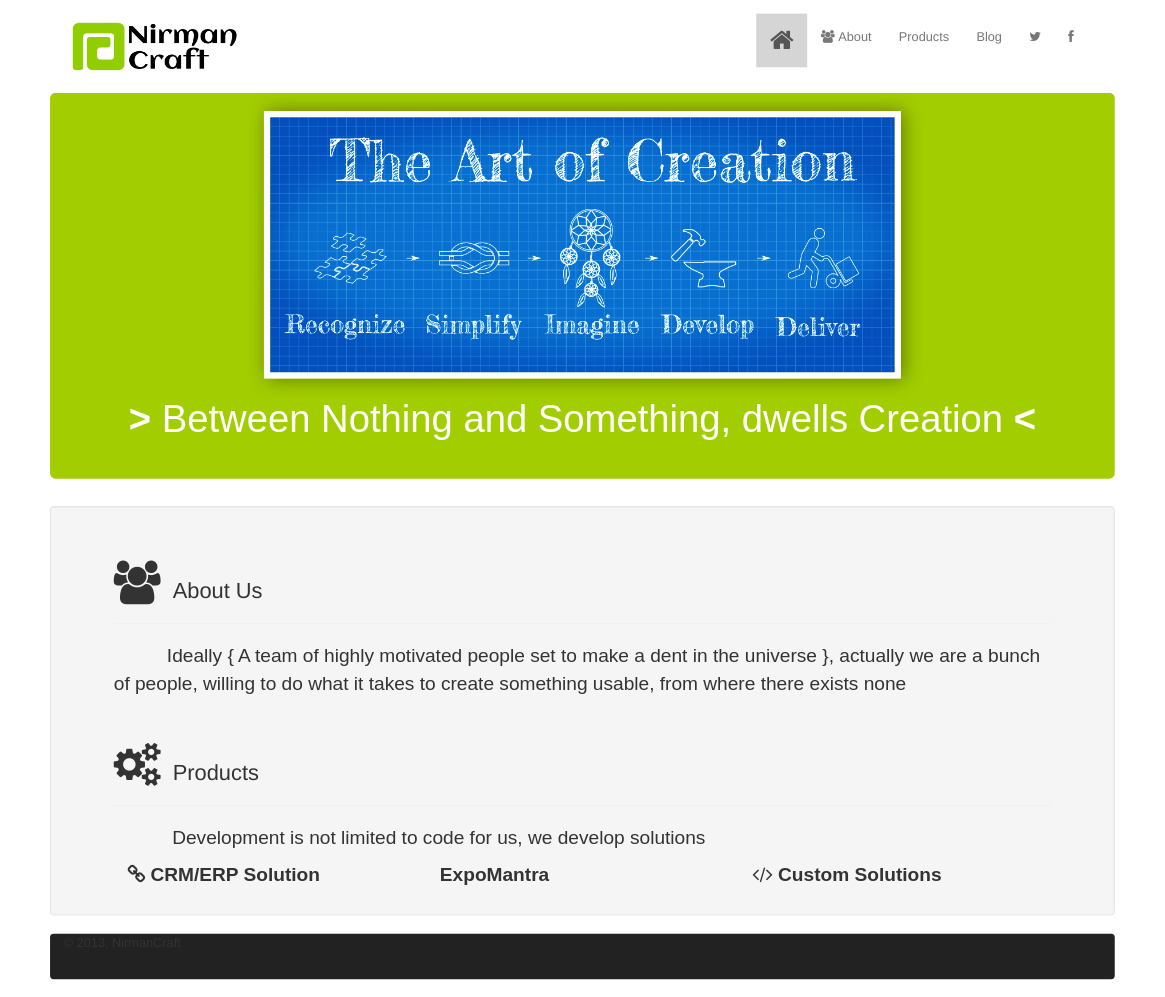
Repository: MeShreyas/NirmanCraftWebsite
Page: NirmanCraft/index.html
These files come from the project's save history. The page is drawn as it stood at one moment and after the next save; the edit follows.
The browser window is 1280 px wide. The pictures show the whole page, at 91% of full size.
Some web fonts or font styles are not loaded; a fallback is used.

Above is the page before, as saved 2013-10-07 19:18:10.
Console error: ReferenceError: jQuery is not defined

### NirmanCraft/index.html
<!DOCTYPE html>
<html lang="en">
	<head>
		<meta charset="utf-8">

		<!-- Always force latest IE rendering engine (even in intranet) & Chrome Frame
		Remove this if you use the .htaccess -->
		<meta http-equiv="X-UA-Compatible" content="IE=edge,chrome=1">

		<title>Nirman Craft</title>
		<meta name="description" content="">
		<meta name="author" content="Shreyas">

		<meta name="viewport" content="width=device-width; initial-scale=1.0">

		<!-- Replace favicon.ico & apple-touch-icon.png in the root of your domain and delete these references -->
		<link rel="shortcut icon" href="/favicon.ico">
		<link rel="stylesheet" href="css/bootstrap.min.css">
		<link rel="apple-touch-icon" href="/apple-touch-icon.png">
		<link rel="stylesheet" href="font-awesome/css/font-awesome.min.css"/>
		<style type="text/css">
			.title-text {
				font-family: 'Strait', sans-serif;
				font-size: 2em;
				color: #FFFFFF;
			}

			.header-text {
				font-family: 'Strait', sans-serif;
				font-size: 1.5em;
				color: #333333;
			}
		</style>
	</head>

	<body>
		<div class="container">
			<header class="navbar" style="background-color: #FFFFFF;margin-bottom:0px">
				<div class="container">
					<div class="navbar-header">
						<a class="navbar-brand" href="../"><img src="images/nclogo.png" width="200px" style="padding:10px"/></a>
					</div>
					<div class="navbar-text pull-right">
						<ul class="nav navbar-nav container" >
							<li class="active">
								<a href="../getting-started"><i class="icon-home icon-2x"></i></a>
							</li>
							<li>
								<a href="../css"><i class="icon-group"></i>&nbsp;About</a>
							</li>
							<li>
								<a href="../components">Products</a>
							</li>
							<li>
								<a href="../javascript">Blog</a>
							</li>
							<li>
								<a href="../customize"><i class="icon-twitter"></i></a>
							</li>
							<li>
								<a href="../customize"><i class="icon-facebook"></i></a>
							</li>
						</ul>
					</div>
				</div>
			</header>

			<div class="jumbotron" style="padding:20px 0px;margin-top:0px;background-color: #A2CD00">
				<div class="container title-text">
					<center>
						<img src="images/finalbanner.png" width="700px" style="border:7px solid #FFFFFF;box-shadow: 3px 0px 20px rgba(0,0,0,0.4)"/>
						<br/>
						<strong>>&nbsp;</strong>Between Nothing and Something, dwells Creation<strong>&nbsp;<</strong>
					</center>
				</div>
			</div>
			<div class="container well">
				<div class="header-text" style="padding:20px 50px">
					<h3><i class="icon-group icon-2x"></i>&nbsp;&nbsp;About Us</h3>
					<hr>
					<div>

						<p>
							&nbsp;&nbsp;&nbsp;&nbsp;&nbsp;&nbsp;&nbsp;&nbsp;&nbsp;&nbsp;Ideally { A team of highly motivated people set to make a dent in the universe }, actually we are a bunch
							of people, willing to do what it takes to create something usable, from where there exists none
						</p>
					</div>
				</div>
				<div class="header-text" style="padding:0 50px">
					<h3><i class="icon-cogs icon-2x"></i>&nbsp;&nbsp;Products</h3>
					<hr>
					<div>
						<p>
							&nbsp;&nbsp;&nbsp;&nbsp;&nbsp;&nbsp;&nbsp;&nbsp;&nbsp;&nbsp;
							Development is not limited to code for us, we develop solutions
						</p>
						<div class="col-lg-4">
							<p>
								<i class="icon-link"></i>&nbsp;<strong>CRM/ERP Solution</strong>
							</p>
						</div>
						<div class="col-lg-4">
							<p>
								<strong>ExpoMantra</strong>
							</p>
						</div>
						<div class="col-lg-4">
							<p>
								<i class="icon-code"></i>&nbsp;<strong>Custom Solutions</strong>
							</p>
						</div>

					</div>
				</div>
		</div>
		<footer class="navbar navbar-inverse">
			<p>
				&copy; 2013, NirmanCraft
			</p>
		</footer>
		</div>
		<script src="js/bootstrap.min.js" type="text/javascript" charset="utf-8"></script>
		<link href='http://fonts.googleapis.com/css?family=Strait' rel='stylesheet' type='text/css'>
	</body>
</html>

Loaded but not shown: NirmanCraft/css/bootstrap.min.css (library); NirmanCraft/font-awesome/css/font-awesome.min.css (library); NirmanCraft/js/bootstrap.min.js (library)

After the next save:
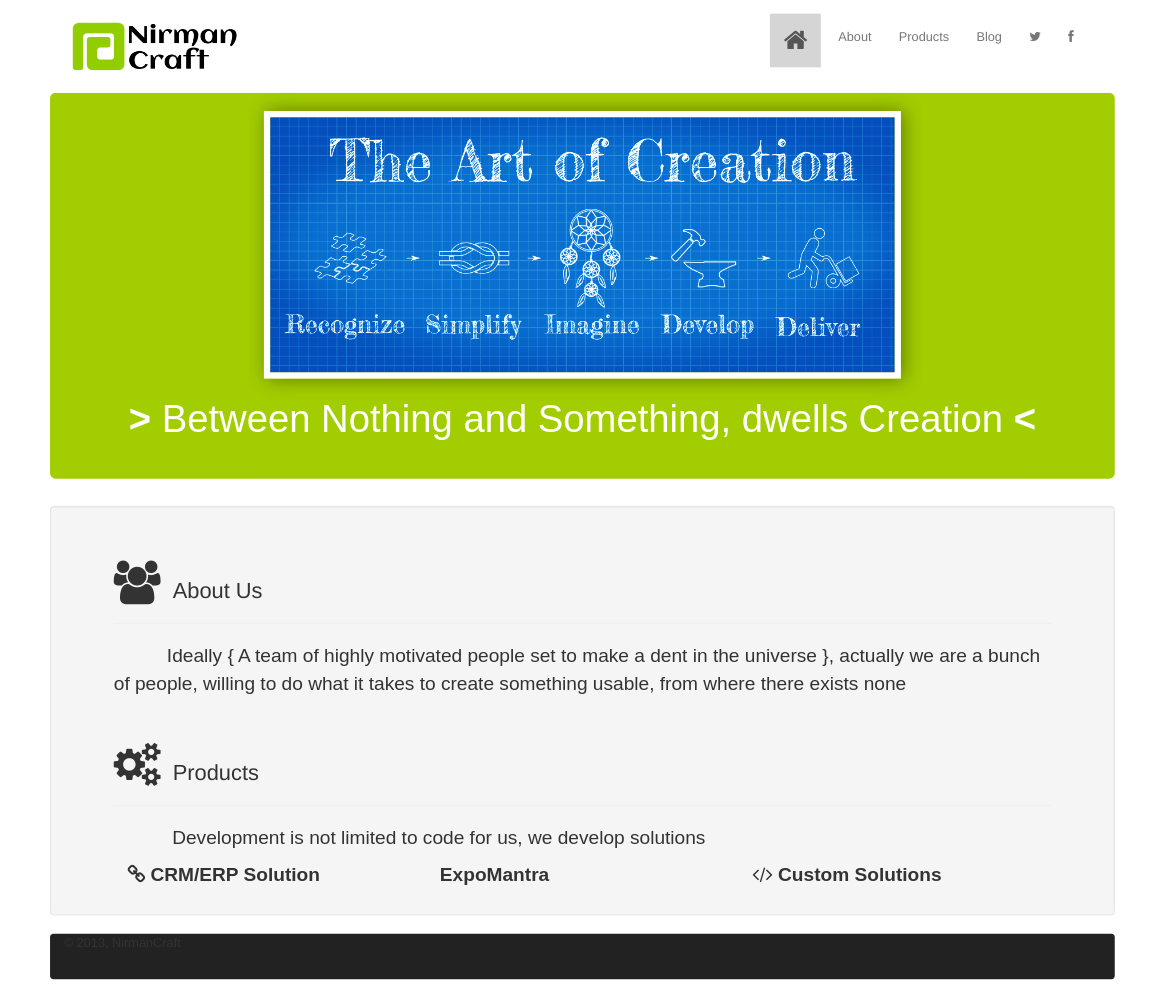
Saved 9 s later.
--- a/NirmanCraft/index.html
+++ b/NirmanCraft/index.html
@@ -46,7 +46,7 @@
 								<a href="../getting-started"><i class="icon-home icon-2x"></i></a>
 							</li>
 							<li>
-								<a href="../css"><i class="icon-group"></i>&nbsp;About</a>
+								<a href="../css"><i class="icon-chat"></i>&nbsp;About</a>
 							</li>
 							<li>
 								<a href="../components">Products</a>
